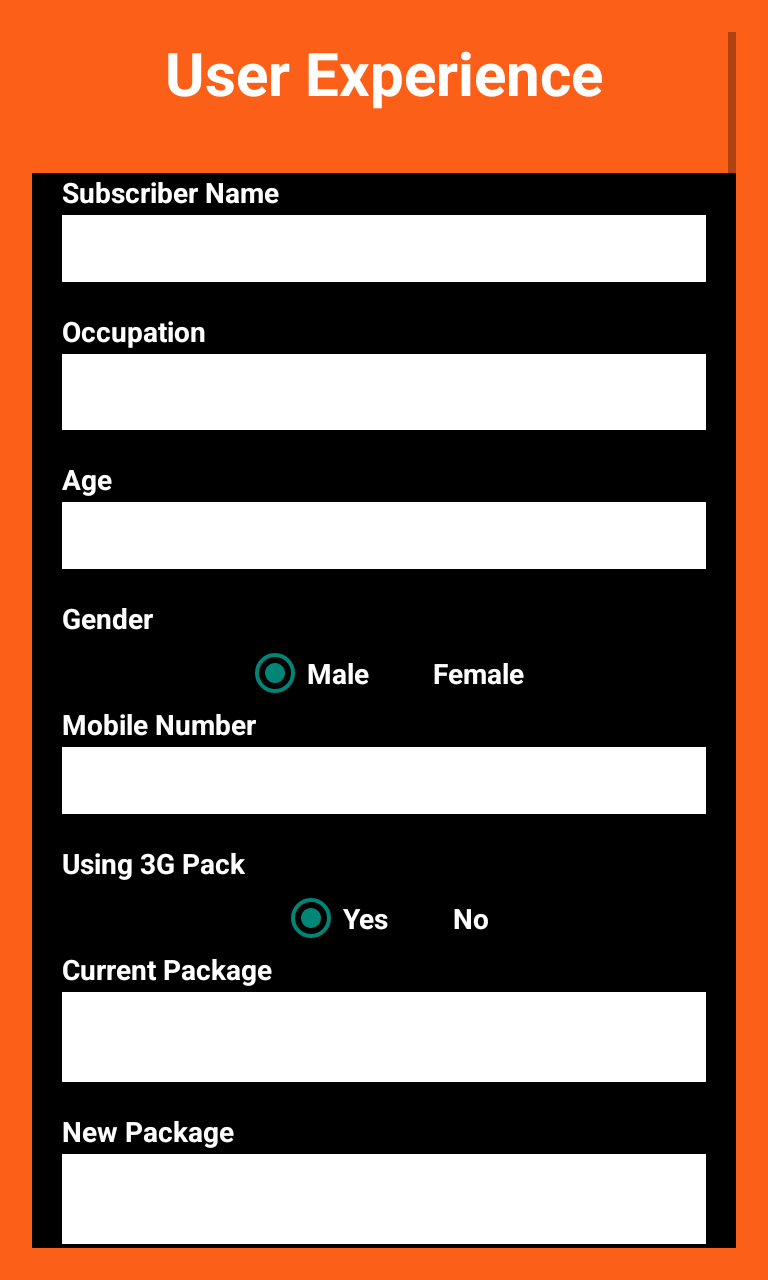
Repository: MushfiqurRahman/BLink3gApp
Layout: 3gExperience/res/layout/activity_survey.xml
The author's editor kept a copy of each file at every save. The layout is drawn from the files as they stood at one save, then again after the next save.
It is drawn on a 768 x 1280 px phone screen (xhdpi) without system bars, with theme AppTheme; the app's code is not run.

Above is the layout before, as saved 2014-05-31 22:58:54.

### 3gExperience/res/layout/activity_survey.xml
<ScrollView xmlns:android="http://schemas.android.com/apk/res/android"
    android:id="@+id/scrollView"
    android:layout_width="match_parent"
    android:layout_height="match_parent"
    android:background="#FC6018"
    android:orientation="vertical"
    android:paddingBottom="@dimen/activity_vertical_margin"
    android:paddingLeft="@dimen/activity_horizontal_margin"
    android:paddingRight="@dimen/activity_horizontal_margin"
    android:paddingTop="@dimen/activity_vertical_margin" >

    <LinearLayout
        android:layout_width="match_parent"
        android:layout_height="match_parent"
        android:orientation="vertical" >

        <RelativeLayout
            android:id="@+id/topMain"
            android:layout_width="fill_parent"
            android:layout_height="wrap_content" >

            <TextView
                android:layout_width="wrap_content"
                android:layout_height="wrap_content"
                android:layout_centerInParent="true"
                android:layout_marginLeft="5dip"
                android:text="@string/survey_heading"
                android:textColor="#ffffff"
                android:textSize="30sp"
                android:textStyle="bold" />
        </RelativeLayout>

        <LinearLayout
            android:id="@+id/LinearBottom"
            android:layout_width="fill_parent"
            android:layout_height="30dp"
            android:layout_alignParentBottom="true"
            android:gravity="bottom"
            android:orientation="vertical" >
        </LinearLayout>

        <LinearLayout
            android:id="@+id/layout_survey_form"
            android:layout_width="fill_parent"
            android:layout_height="fill_parent"
            android:layout_above="@id/LinearBottom"
            android:layout_alignParentLeft="true"
            android:layout_below="@id/topMain"
            android:background="#000000"
            android:gravity="center"
            android:orientation="vertical"
            android:paddingLeft="15dp"
            android:paddingRight="15dp" >

            <LinearLayout
                android:layout_width="fill_parent"
                android:layout_height="wrap_content"
                android:layout_gravity="left" >

                <TextView
                    android:id="@+id/textView3"
                    android:layout_width="wrap_content"
                    android:layout_height="wrap_content"
                    android:layout_marginBottom="2dp"
                    android:text="@string/sbcr_name"
                    android:textColor="#FFFFFF"
                    android:textStyle="bold" />
            </LinearLayout>

            <EditText
                android:id="@+id/edtName"
                android:layout_width="match_parent"
                android:layout_height="wrap_content"
                android:layout_marginBottom="15dp"
                android:background="#FFFFFF"
                android:ems="10"
                android:inputType="text"
                android:textSize="25sp" />

            <LinearLayout
                android:layout_width="fill_parent"
                android:layout_height="wrap_content"
                android:layout_gravity="left" >

                <TextView
                    android:id="@+id/textView1"
                    android:layout_width="wrap_content"
                    android:layout_height="wrap_content"
                    android:layout_marginBottom="2dp"
                    android:text="@string/sbcr_occupation"
                    android:textColor="#FFFFFF"
                    android:textStyle="bold" />
            </LinearLayout>

            <Spinner
                android:id="@+id/spnOccupation"
                android:layout_width="match_parent"
                android:layout_height="38dp"
                android:layout_marginBottom="15dp"
                android:background="#FFFFFF"
                android:drawSelectorOnTop="true"
                android:padding="5dp"
                android:spinnerMode="dropdown"
                android:textSize="30sp" />

            <LinearLayout
                android:layout_width="fill_parent"
                android:layout_height="wrap_content"
                android:layout_gravity="left" >

                <TextView
                    android:id="@+id/textView2"
                    android:layout_width="wrap_content"
                    android:layout_height="wrap_content"
                    android:layout_marginBottom="2dp"
                    android:text="@string/sbcr_age"
                    android:textColor="#FFFFFF"
                    android:textStyle="bold" />
            </LinearLayout>

            <EditText
                android:id="@+id/edtAge"
                android:layout_width="match_parent"
                android:layout_height="wrap_content"
                android:layout_marginBottom="15dp"
                android:background="#FFFFFF"
                android:ems="10"
                android:inputType="number"
                android:textSize="25sp" />

            <LinearLayout
                android:layout_width="fill_parent"
                android:layout_height="wrap_content"
                android:layout_gravity="left" >

                <TextView
                    android:id="@+id/tvGender"
                    android:layout_width="wrap_content"
                    android:layout_height="wrap_content"
                    android:layout_marginBottom="2dp"
                    android:text="@string/sbcr_gender"
                    android:textColor="#FFFFFF"
                    android:textStyle="bold" />
            </LinearLayout>

            <RadioGroup
                android:id="@+id/rdoGender"
                android:layout_width="wrap_content"
                android:layout_height="wrap_content"
                android:orientation="horizontal" >

                <RadioButton
                    android:id="@+id/radio0"
                    android:layout_width="wrap_content"
                    android:layout_height="wrap_content"
                    android:checked="true"
                    android:text="Male"
                    android:textColor="#FFFFFF"
                    android:textStyle="bold" />

                <RadioButton
                    android:id="@+id/radio1"
                    android:layout_width="wrap_content"
                    android:layout_height="wrap_content"
                    android:text="Female"
                    android:textColor="#FFFFFF"
                    android:textStyle="bold" />
            </RadioGroup>

            <LinearLayout
                android:layout_width="fill_parent"
                android:layout_height="wrap_content"
                android:layout_gravity="left" >

                <TextView
                    android:id="@+id/tvMobileNo"
                    android:layout_width="wrap_content"
                    android:layout_height="wrap_content"
                    android:layout_marginBottom="2dp"
                    android:text="@string/sbcr_mobile"
                    android:textColor="#FFFFFF"
                    android:textStyle="bold" />
            </LinearLayout>

            <EditText
                android:id="@+id/edtMobileNo"
                android:layout_width="match_parent"
                android:layout_height="wrap_content"
                android:layout_marginBottom="15dp"
                android:background="#FFFFFF"
                android:ems="10"
                android:inputType="number"
                android:textSize="25sp" />

            <LinearLayout
                android:layout_width="fill_parent"
                android:layout_height="wrap_content"
                android:layout_gravity="left" >

                <TextView
                    android:id="@+id/tv3gPack"
                    android:layout_width="wrap_content"
                    android:layout_height="wrap_content"
                    android:layout_marginBottom="2dp"
                    android:text="@string/sbcr_is_3g"
                    android:textColor="#FFFFFF"
                    android:textStyle="bold" />
            </LinearLayout>

            <RadioGroup
                android:id="@+id/rdo3g"
                android:layout_width="wrap_content"
                android:layout_height="wrap_content"
                android:orientation="horizontal" >

                <RadioButton
                    android:id="@+id/radio0"
                    android:layout_width="wrap_content"
                    android:layout_height="wrap_content"
                    android:checked="true"
                    android:text="Yes"
                    android:textColor="#FFFFFF"
                    android:textStyle="bold" />

                <RadioButton
                    android:id="@+id/radio1"
                    android:layout_width="wrap_content"
                    android:layout_height="wrap_content"
                    android:text="No"
                    android:textColor="#FFFFFF"
                    android:textStyle="bold" />
            </RadioGroup>

            <LinearLayout
                android:layout_width="fill_parent"
                android:layout_height="wrap_content"
                android:layout_gravity="left" >

                <TextView
                    android:id="@+id/tvPackageType"
                    android:layout_width="wrap_content"
                    android:layout_height="wrap_content"
                    android:layout_marginBottom="2dp"
                    android:text="@string/sbcr_package_type"
                    android:textColor="#FFFFFF"
                    android:textStyle="bold" />
            </LinearLayout>

            <Spinner
                android:id="@+id/spnPackageTypes"
                android:layout_width="match_parent"
                android:layout_height="45dp"
                android:layout_marginBottom="15dp"
                android:background="#FFFFFF"
                android:padding="5dp"
                android:spinnerMode="dropdown"
                android:textSize="30sp" />

            <LinearLayout
                android:layout_width="fill_parent"
                android:layout_height="wrap_content"
                android:layout_gravity="left" >

                <TextView
                    android:id="@+id/tvNewPackage"
                    android:layout_width="wrap_content"
                    android:layout_height="wrap_content"
                    android:layout_marginBottom="2dp"
                    android:text="@string/sbcr_new_package"
                    android:textColor="#FFFFFF"
                    android:textStyle="bold" />
            </LinearLayout>

            <Spinner
                android:id="@+id/spnNewPackage"
                android:layout_width="match_parent"
                android:layout_height="45dp"
                android:layout_marginBottom="15dp"
                android:background="#FFFFFF"
                android:padding="5dp"
                android:spinnerMode="dropdown"
                android:textSize="30sp" />

            <LinearLayout
                android:layout_width="fill_parent"
                android:layout_height="wrap_content"
                android:layout_gravity="left" >

                <TextView
                    android:id="@+id/tvMobileBrand"
                    android:layout_width="wrap_content"
                    android:layout_height="wrap_content"
                    android:layout_marginBottom="2dp"
                    android:text="@string/sbcr_mobile_brand"
                    android:textColor="#FFFFFF"
                    android:textStyle="bold" />
            </LinearLayout>

            <Spinner
                android:id="@+id/spnMobileBrand"
                android:layout_width="match_parent"
                android:layout_height="45dp"
                android:layout_marginBottom="15dp"
                android:background="#FFFFFF"
                android:padding="5dp"
                android:spinnerMode="dropdown"
                android:textSize="30sp" />

            <LinearLayout
                android:layout_width="fill_parent"
                android:layout_height="wrap_content"
                android:layout_gravity="left" >

                <TextView
                    android:id="@+id/tvMobileType"
                    android:layout_width="wrap_content"
                    android:layout_height="wrap_content"
                    android:layout_marginBottom="2dp"
                    android:text="@string/sbcr_mobile_Type"
                    android:textColor="#FFFFFF"
                    android:textStyle="bold" />
            </LinearLayout>

            <Spinner
                android:id="@+id/spnMobileType"
                android:layout_width="match_parent"
                android:layout_height="45dp"
                android:layout_marginBottom="15dp"
                android:background="#FFFFFF"
                android:padding="5dp"
                android:spinnerMode="dropdown"
                android:textSize="30sp" />

            <Button
                android:id="@+id/btnSubmit"
                android:layout_width="match_parent"
                android:layout_height="wrap_content"
                android:layout_marginBottom="15dp"
                android:background="#FF5A01"
                android:text="@string/submit"
                android:textColor="#FFFFFF"
                android:textSize="20sp"
                android:textStyle="bold" />

            <Button
                android:id="@+id/btnReset"
                android:layout_width="match_parent"
                android:layout_height="wrap_content"
                android:layout_marginBottom="15dp"
                android:background="#FF5A01"
                android:text="@string/reset"
                android:textColor="#FFFFFF"
                android:textSize="20sp"
                android:textStyle="bold" />
        </LinearLayout>
    </LinearLayout>

</ScrollView>

### 3gExperience/res/values/strings.xml
<?xml version="1.0" encoding="utf-8"?>
<resources>

    <string name="app_name">3gExperience</string>
    <string name="hello_world">Hello world!</string>
    <string name="action_settings">Settings</string>
    <string name="title_activity_login">Login</string>
    <string name="title_activity_survey">User Experience</string>
    <string name="bp_code">BP Code</string>
    <string name="area">Area</string>
    <string name="location">Location</string>
    <string name="login">Login</string>
    <string name="survey_heading">User Experience</string>
    <string name="sbcr_name">Subscriber Name</string>
    <string name="sbcr_occupation">Occupation</string>
    <string name="sbcr_age">Age</string>
    <string name="sbcr_gender">Gender</string>
    <string name="sbcr_mobile">Mobile Number</string>
    <string name="sbcr_is_3g">Using 3G Pack</string>
    <string name="sbcr_package_type">Current Package</string>
    <string name="sbcr_mobile_brand">Mobile Brand</string>
    <string name="sbcr_recharge">Monthly Recharge</string>
    <string name="submit">Submit</string>
    <string name="reset">Reset</string>
    <string name="action_db_sync">Sync Database</string>
    <string name="logout">Logout</string>
    <string name="sbcr_mobile_Type">Mobile Type</string>
    <string name="sbcr_new_package">New Package</string>

</resources>

Loaded but not shown: 3gExperience/res/values/styles.xml (common file); 3gExperience/res/values-v11/styles.xml (common file); 3gExperience/res/values-v14/styles.xml (common file); 3gExperience/res/values/dimens.xml (common file); 3gExperience/res/values-w820dp/dimens.xml (common file)

After the next save:
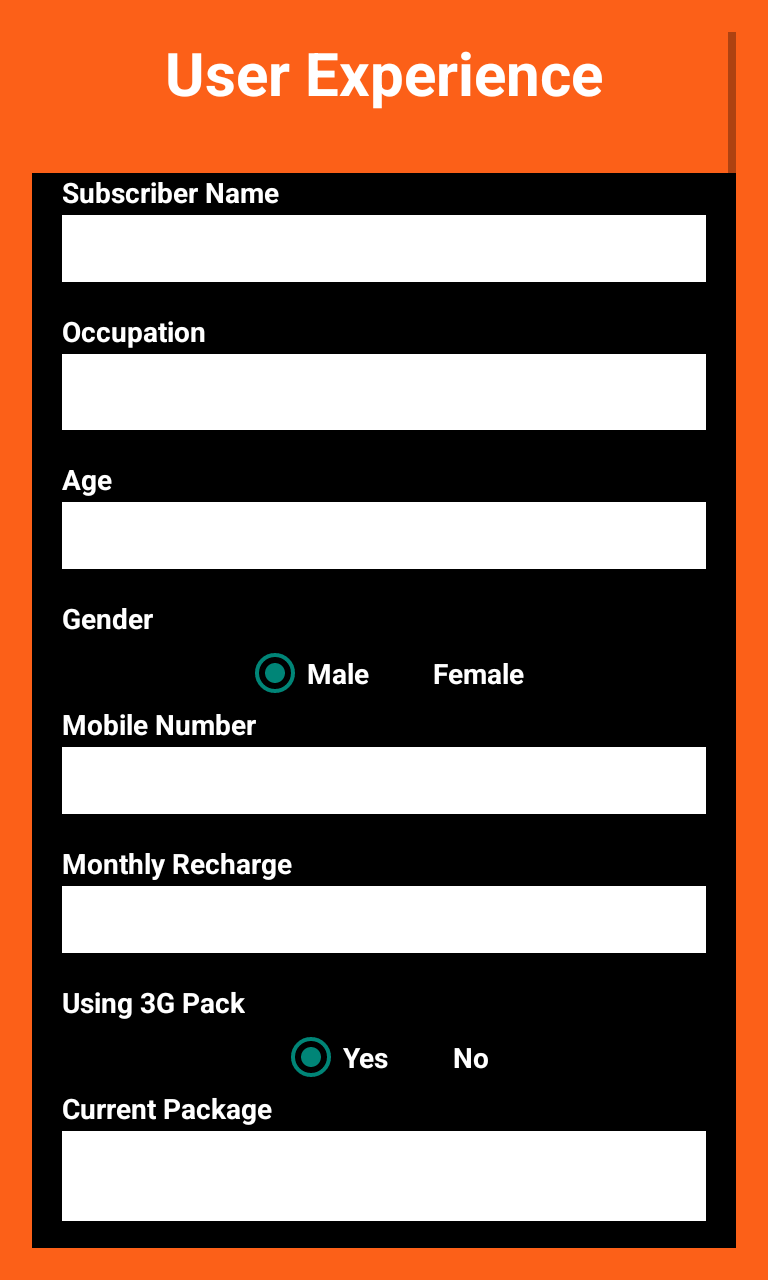
Saved 34 s later.
--- a/3gExperience/res/layout/activity_survey.xml
+++ b/3gExperience/res/layout/activity_survey.xml
@@ -192,6 +192,31 @@
                 android:inputType="number"
                 android:textSize="25sp" />
 
+                        <LinearLayout
+                android:layout_width="fill_parent"
+                android:layout_height="wrap_content"
+                android:layout_gravity="left" >
+
+                <TextView
+                    android:id="@+id/textView4"
+                    android:layout_width="wrap_content"
+                    android:layout_height="wrap_content"
+                    android:layout_marginBottom="2dp"
+                    android:text="@string/sbcr_recharge"
+                    android:textColor="#FFFFFF"
+                    android:textStyle="bold" />
+            </LinearLayout>
+
+            <EditText
+                android:id="@+id/edtRecharge"
+                android:layout_width="match_parent"
+                android:layout_height="wrap_content"
+                android:layout_marginBottom="15dp"
+                android:background="#FFFFFF"
+                android:ems="10"
+                android:inputType="number"
+                android:textSize="25sp" />
+
             <LinearLayout
                 android:layout_width="fill_parent"
                 android:layout_height="wrap_content"
